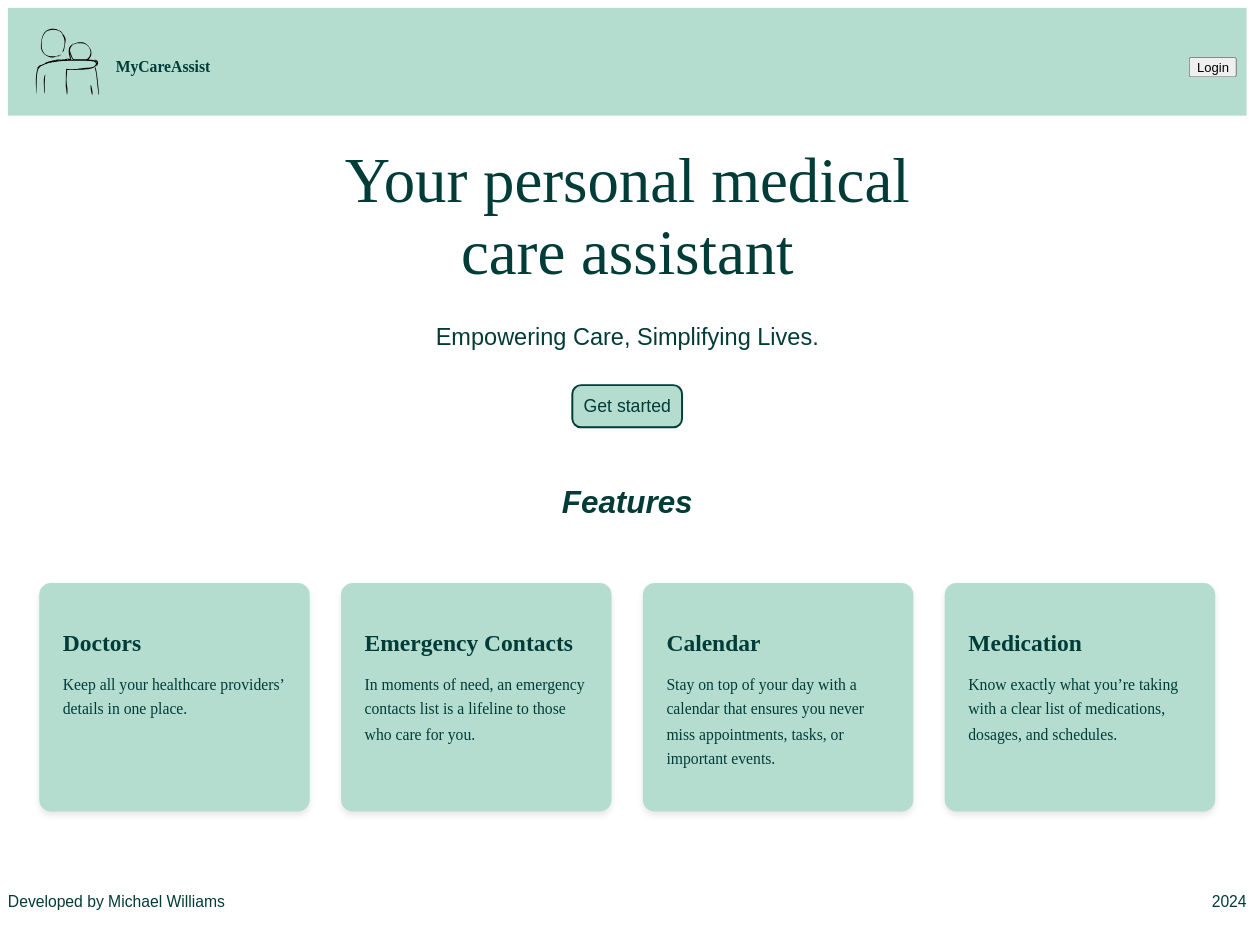
Repository: MWilliams-26/MyCareAssist-frontend
Page: /
An editor plug-in stored every save of this project. The page is shown before and after a run of saves, followed by the edit.
The browser window is 1280 px wide. The pictures show the whole page, at 98% of full size.
The project was rebuilt for these pictures with package versions that can differ from the ones it lists, and the page was loaded fresh each time. Also part of the build but not shown: vite.config.js, src/components/App/App.css, src/components/ProtectedRoute/ProtectedRoute.jsx, src/hooks/useForm.js, src/components/SetupProfileModal/SetupProfileModal.jsx, src/components/DoctorsModal/DoctorsModal.jsx, src/components/EmergencyContactsModal/EmergencyContacts.jsx, src/components/CreateEventFormModal/CreateEventFormModal.css and 5 more.

Above is the page before, as saved 2024-12-09 00:56:39.

### index.html
<!doctype html>
<html lang="en">
  <head>
    <meta charset="UTF-8" />
    <link rel="icon" type="image/svg+xml" href="/vite.svg" />
    <meta name="viewport" content="width=device-width, initial-scale=1.0" />
    <title>My Care Assist</title>
  </head>
  <body>
    <div id="root"></div>
    <script type="module" src="/src/main.jsx"></script>
  </body>
</html>

### src/main.jsx
import React from 'react';
import ReactDOM from 'react-dom/client';
import App from "./components/App/App";
import { BrowserRouter } from 'react-router-dom';
import './index.css';

ReactDOM.createRoot(document.getElementById('root')).render(
  <React.StrictMode>
    <BrowserRouter>
      <App />
    </BrowserRouter>
  </React.StrictMode>,
);

### src/index.css
@import url(./vendor/fonts.css);

### src/components/Header/Header.jsx
import Shoulder from '../../assets/Shoulder.svg'
import './Header.css';

function Header({ handleLoginClick, isLoggedIn, handleLogout }) {
  console.log('Header isLoggedIn:', isLoggedIn);

  return (
    <header className="header">
      <div className="header__logo-container">
        <img className="header__logo" src={Shoulder} alt="MyCareShoulder" />
        <h1 className="header__title">
          MyCareAssist
        </h1>
      </div>

      {!isLoggedIn ? (
        <button
          type="button"
          onClick={handleLoginClick}
          className="header__button"
        >
          Login
        </button>
      ) : (
        <button
          type="button"
          onClick={handleLogout}
          className="header__button"
        >
          Logout
        </button>
      )}


      {/* <div className="header__auth-container">
        <button className="header__login-btn" onClick={handleLoginClick}>
          {isLoggedIn ? "Logout" : "Login"}
        </button>
      </div> */}
    </header>
  );
};

export default Header;

### src/components/Main/Main.jsx
import './Main.css';

function Main({ handleRegistrationClick }) {
  return (
    <main>
      <section className="welcome__section">
        <div className="welcome__title-container">
          <h1 className="welcome__title">Your personal medical<br />care assistant</h1>
          <p className="welcome__text">
            Empowering Care, Simplifying Lives.
          </p>
          <div className="welcome__button-container">
            <button className="welcome__button" onClick={handleRegistrationClick}>Get started</button>
          </div>
        </div>
      </section>
      <section className="welcome__features">
        <h2 className="welcome__features-title">Features</h2>
        <div className="welcome__features-container">
          <div className="welcome__features-doctor">
            <h3 className="welcome__features-sub">Doctors</h3>
            <p className="welcome__features-text">
              Keep all your healthcare providers’ details in one place.
            </p>
          </div>
          <div className="welcome__features-emergency">
            <h3 className="welcome__features-sub">Emergency Contacts</h3>
            <p className="welcome__features-text">
              In moments of need, an emergency contacts list is a lifeline to those who care for you.
            </p>
          </div>
          <div className="welcome__features-calendar">
            <h3 className="welcome__features-sub">Calendar</h3>
            <p className="welcome__features-text">
              Stay on top of your day with a calendar that ensures you never miss appointments, tasks, or important events.
            </p>
          </div>
          <div className="welcome__features-medication">
            <h3 className="welcome__features-sub">Medication</h3>
            <p className="welcome__features-text">
              Know exactly what you’re taking with a clear list of medications, dosages, and schedules.
            </p>
          </div>
        </div>
      </section>
    </main>
  )
}

export default Main;

### src/components/Footer/Footer.jsx
import "./Footer.css"

function Footer() {
  return (
    <footer className="footer">
      <div>Developed by Michael Williams</div>
      <div>2024</div>
    </footer>
  )
}

export default Footer;

### src/components/RegisterModal/RegisterModal.jsx
import React, { useState, useEffect } from 'react';
import ModalWithForm from '../ModalWithForm/ModalWithForm';

const RegisterModal = ({ isOpen, handleRegistration, handleTextButton, onClose }) => {
  const [data, setData] = useState({
    email: "",
    password: "",
    name: "",
  });

  const isFormValid = () => {
    return data.email && data.password && data.name;
  };

  const handleChange = (e) => {
    const { name, value } = e.target;
    setData((prevData) => ({
      ...prevData,
      [name]: value,
    }));
  };

  const handleSubmit = (e) => {
    e.preventDefault();
    if (!isFormValid()) {
      return;
    }
    handleRegistration(data);
  };

  useEffect(() => {
    setData({
      email: "",
      password: "",
      name: "",
    });
  }, [isOpen]);

  return (
    <ModalWithForm
      title="Sign Up"
      buttonText="Sign Up"
      redirectText="Sign In"
      handleTextButton={handleTextButton}
      isOpen={isOpen}
      onClose={onClose}
      onSubmit={handleSubmit}
    >
      <label className="modal__label">
        Email{""}
        <input
          type="email"
          className="modal__input"
          id="email"
          name="email"
          placeholder="Email"
          value={data.email}
          onChange={handleChange}
          required

        />
      </label>
      <label className="modal__label">
        Password{""}
        <input
          type="password"
          className="modal__input"
          id="password"
          name="password"
          placeholder="Password"
          value={data.password}
          onChange={handleChange}
          required

        />
      </label>
      <label className="modal__label">
        Name{""}
        <input
          type="text"
          className="modal__input"
          id="name"
          name="name"
          placeholder="Name"
          value={data.name}
          onChange={handleChange}
          required

        />
      </label>
    </ModalWithForm>
  )

};

export default RegisterModal;

### src/components/LoginModal/LoginModal.jsx
import React, { useState, useEffect } from 'react';
import ModalWithForm from '../ModalWithForm/ModalWithForm';

const LoginModal = ({ isOpen, handleLogin, handleTextButton, onClose }) => {
  const [data, setData] = useState({
    email: "",
    password: "",
  });

  const isFormValid = () => {
    return data.email && data.password;
  };

  const handleChange = (e) => {
    const { name, value } = e.target;
    setData((prevData) => ({
      ...prevData,
      [name]: value,
    }));
  };

  const handleSubmit = (e) => {
    e.preventDefault();
    if (!isFormValid()) {
      return;
    }
    handleLogin(data);
  };

  useEffect(() => {
    setData({
      email: "",
      password: "",
    });
  }, [isOpen]);

  return (
    <ModalWithForm
      title="Sign In"
      buttonText="Sign In"
      redirectText="Sign Up"
      handleTextButton={handleTextButton}
      isOpen={isOpen}
      onClose={onClose}
      onSubmit={handleSubmit}
    >
      <label className="modal__label">
        Email{""}
        <input
          type="email"
          className="modal__input"
          id="email"
          name="email"
          placeholder="Email"
          value={data.email}
          onChange={handleChange}
          required
        />
      </label>
      <label className="modal__label">
        Password{""}
        <input
          type="password"
          className="modal__input"
          id="password"
          name="password"
          placeholder="Password"
          value={data.password}
          onChange={handleChange}
          required
        />
      </label>
    </ModalWithForm>
  );
};

export default LoginModal;

### src/vendor/fonts.css
@font-face {
  font-family: 'Goblin One Regular';
  font-style: normal;
  font-weight: normal;
  src: url('Goblin One Regular'), url('GoblinOne.woff') format('woff');
  }

  @font-face {
    font-family: "Be Vietnam Pro", sans-serif;
    font-weight: 100;
    font-style: normal;
    src: url('./fonts/BeVietnamPro-Thin.ttf');
  }

  @font-face {
    font-family: "Be Vietnam Pro", sans-serif;
    font-weight: 200;
    font-style: normal;
    src: url('./fonts/BeVietnamPro-ExtraLight.ttf');
  }

  @font-face {
    font-family: "Be Vietnam Pro", sans-serif;
    font-weight: 300;
    font-style: normal;
    src: url('./fonts/BeVietnamPro-Light.ttf');
  }

  @font-face {
    font-family: "Be Vietnam Pro", sans-serif;
    font-weight: 400;
    font-style: normal;
    src: url('./fonts/BeVietnamPro-Regular.ttf');
  }

  @font-face {
    font-family: "Be Vietnam Pro", sans-serif;
    font-weight: 700;
    font-style: normal;
    src: url('./fonts/BeVietnamPro-Bold.ttf')
  }

  @font-face {
    font-family: "Be Vietnam Pro", sans-serif;
    font-weight: 200;
    font-style: italic;
    src: url('./fonts/BeVietnamPro-ExtraLightItalic.ttf');
  }

  @font-face {
    font-family: "Be Vietnam Pro", sans-serif;
    font-weight: 300;
    font-style: italic;
    src: url('./fonts/BeVietnamPro-LightItalic.ttf');
  }

  @font-face {
    font-family: "Be Vietnam Pro", sans-serif;
    font-weight: 400;
    font-style: italic;
    src: url('./fonts/')
  }

  @font-face {
    font-family: "Be Vietnam Pro", sans-serif;
    font-weight: 900;
    font-style: italic;
    src: url('./fonts/BeVietnamPro-BlackItalic.ttf');
  }

### src/components/Header/Header.css
.header {
  display: flex;
  align-items: center;
  justify-content: space-between;
  padding: 10px 10px 0 10px;
  font-weight: 400;
  background-color: #B4DDCF;
}

.header__logo-container {
  display: flex;
  align-items: center;
  justify-content: center;
}

.header__logo {
  margin: 0;
  padding: 0;
  cursor: pointer;
  font-family: "Goblin One", serif;
  font-size: 24px;
  color: #013C38;
  background-color: transparent;
  width: 100px;
  height: 100px;
}

/* .header__user-container {

} */


.header__title {
  font-family: "Goblin One", serif;
  color:#013C38;
  font-size: medium;
}

.header__login-btn {
  margin: 0;
  border: none;
  padding: 0 10px;
  cursor: pointer;
  font-family: "Goblin One", serif;
  font-size: medium;
  font-weight: 400;
  color: #013C38;
  background-color: transparent;
}

### src/components/Main/Main.css
.welcome__title-container {
  display: flex;
  flex-direction: column;
  align-items: center;
  justify-content: center;
  gap: 10px;
  margin-bottom: 20px;
}

.welcome__title {
  margin: 30px 0 0;
  text-align: center;
  font-family: "Goblin One", serif;
  color:#013C38;
  font-size: 64px;
  font-weight: 400;
}

.welcome__text {
  font-family: "Be Vietnam Pro", sans-serif;
  color:#013C38;
  font-size: 24px;
  font-weight: 400;
}

.welcome__button {
  margin-bottom: 30px;
  border: 2px solid #013C38;
  border-radius: 10px;
  padding: 10px;
  cursor: pointer;
  font-family: "Be Vietnam Pro", sans-serif;
  font-size: large;
  font-weight: 400;
  color: #013C38;
  background-color: #b4ddcf;
}

.welcome__button:hover {
  transform: translateY(-2px);
  box-shadow: 0 4px 8px rgba(0, 0, 0, 0.2);
  background-color: #5c8777; /* Darker shade for hover state */
  cursor: pointer;
}

.welcome__features-title {
  text-align: center;
  font-family: "Be Vietnam Pro", sans-serif;
  font-style:italic;
  color:#013C38;
  font-size: 34px;
  font-weight: 400px;
}

/* .welcome__features-container {
  display: flex;
  flex-direction: row;
  align-items: center;
  justify-content: center;
  gap: 10px;
}

.welcome__features-doctor {
  width: 250px;
  height: 100px;
  border: 1px solid #013C38;
  background-color: #B4DDCF;
}

.welcome__features-emergency {
  width: 250px;
  border: 1px solid #013C38;
  background-color: #B4DDCF;
}

.welcome__features-calendar {
  width: 250px;
  border: 1px solid #013C38;
  background-color: #B4DDCF;
}

.welcome__features-medication {
  width: 250px;
  border: 1px solid #013C38;
  background-color: #B4DDCF;
}

.welcome__features-sub {
  text-align:center;
  font-family: "Be Vietnam Pro", sans-serif;
  color:#013C38;
  font-size: 24px;
  font-weight: 400;
}

.welcome__features-text {
  text-align:center;
  font-family: "Be Vietnam Pro", sans-serif;
  color:#013C38;
  font-size: 16px;
  font-weight: 400;
} */

.welcome__features-container {
  display: grid;
  grid-template-columns: repeat(auto-fit, minmax(250px, 1fr));
  gap: 2rem;
  max-width: 1200px;
  margin: 0 auto;
  padding: 2rem;
}

.welcome__features-doctor,
.welcome__features-emergency,
.welcome__features-calendar,
.welcome__features-medication {
  background-color: #B4DDCF;
  border-radius: 12px;
  padding: 1.5rem;
  box-shadow: 0 4px 6px rgba(0, 0, 0, 0.1);
  transition: transform 0.2s ease;
}

.welcome__features-doctor:hover,
.welcome__features-emergency:hover,
.welcome__features-calendar:hover,
.welcome__features-medication:hover {
  transform: translateY(-5px);
}

.welcome__features-sub {
  color: #013C38;
  font-size: 1.5rem;
  margin-bottom: 1rem;
}

.welcome__features-text {
  color: #013C38;
  line-height: 1.6;
}

.welcome__features-title {
  text-align: center;
  margin-bottom: 2rem;
  color: #013C38;
  font-size: 2rem;
}

### src/components/Footer/Footer.css
.footer {
  width: 100%;
  height: 20px;
  display: flex;
  justify-content: space-between;
  padding: 50px 0 30px;
  font-family: "Be Vietnam Pro", sans-serif;
  font-size: 16px;
  font-weight: 500;
  line-height: 20px;
  color: #013C38;
}

### src/components/ModalWithForm/ModalWithForm.jsx
import './ModalWithForm.css'
import { useEffect } from 'react';
import close from '../../assets/Close.svg';


const ModalWithForm = ({ title, buttonText, redirectText, handleTextButton, children, onClose, isOpen, onSubmit }) => {
  useEffect(() => {
    if (!isOpen) return;
    const handleEscape = (e) => {
      if (e.key === "Escape") {
        onClose();
      }
    };
    document.addEventListener("keydown", handleEscape);
    return () => {
      document.removeEventListener("keydown", handleEscape);
    };
  }, [isOpen, onClose]);

  const handleOverlayClose = (e) => {
    if (e.target === e.currentTarget) {
      onClose();
    }
  };


  return (
    <div className={`modal ${isOpen && "modal_opened"}`} onClick={handleOverlayClose}>
      <div className="modal__content">
        <h2 className="modal__title">{title}</h2>
        <button onClick={onClose} type="button" className="modal__close">
          <img src={close} alt="close" className="modal__close-btn" />
        </button>
        <form className="modal__form" onSubmit={onSubmit}>
          {children}
          <div className="modal__button_container">
            <button
              type="submit"
              className="modal__submit">
              {buttonText}
            </button>
            <button
              type="button"
              className="modal__text-button"
              onClick={handleTextButton}>
              {redirectText}
            </button>
          </div>
        </form>
      </div>
    </div>
  )
};

export default ModalWithForm;

### src/components/ModalWithForm/ModalWithForm.css
.modal {
  position: fixed;
  top: 0;
  bottom: 0;
  left: 0;
  right: 0;
  background-color: #0000004D;
  display: flex;
  justify-content: center;
  align-items: center;
  visibility: hidden;
}

.modal_opened {
  visibility: visible;
}
.modal__close {
  position: absolute;
  top: 20px;
  right: 28px;
  width: 20px;
  height: 20px;
  padding: 0;
  border: none;
  cursor: pointer;
}

.modal__title {
  margin: 0;
  margin-bottom: 24px;
  font-family: "Goblin One", serif;
}

.modal__content {
  background-color: #fff;
  border-radius: 20px;
  max-height: 610px;
  max-width: 496px;
  padding: 28px 28px 36px;
  position: fixed;
  /* width: 100%; */
}


.modal__form {
  display: flex;
  flex-direction: column;
  width: 100%;
  height: 100%;
  font-family: "Goblin One", serif;
}

.modal__label {
  width: 440px;
  font-family: "Goblin One", serif;
  font-size: 16px;
  font-style: normal;
  font-weight: 400;
  line-height: 20px;
  margin-bottom: 24px;
}

.modal__input {
  display: block;
  width: 440px;
  height: 24px;
  top: 293px;
  left: 500px;
  border: none;
  background: #FFFFFF;
  border-bottom: 1px solid #000000;
  padding: 8px 0 0;
}

.modal__legend {
  font-family: "Goblin One", serif;
  font-size: 16px;
  font-weight: 400;
  font-style: normal;
  line-height: 20px;
  letter-spacing: 0em;
  text-align: left;
  padding-bottom: 12px;
}

.modal__radio-buttons {
  border: none;
  padding: 0;
  margin: 0;
  display: flex;
  flex-direction: column;
}

.modal__button_container {
  display: flex;
  gap: 10px;
  align-items: baseline;
}

.modal__submit {
  border: none;
  width: 124px;
  height: 36px;
  border-radius: 4px;
  cursor: pointer;
  color: #ffffff;
  background-color: #000000;
  font-family: "Goblin One", serif;
}

.modal__submit:disabled {
  background-color: #0000004D;
}

.modal__submit:hover {
  opacity: 0.8;
}

.modal__text-button {
  border: none;
  background-color: #fff;
  color: #0000004D;
  cursor: pointer;
  font-family: "Goblin One", serif;
}

Loaded but not shown: src/utils/auth.js (42 lines, source omitted); src/components/App/App.jsx (124 lines, source omitted)

After the next 2 saves:
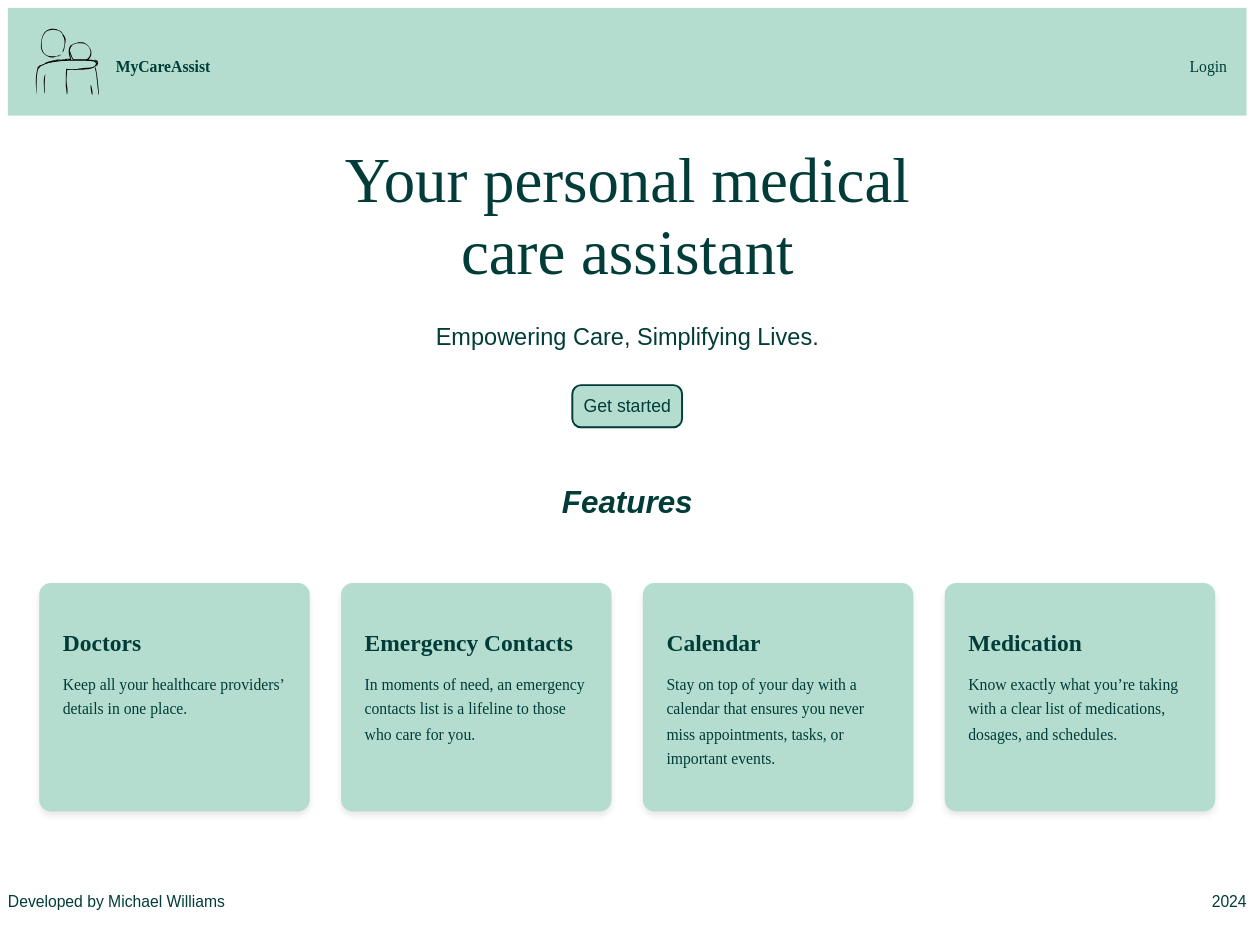
The 2 saves are shown as one change because they came seconds apart.
The last was saved 16 s later.
--- a/src/components/Header/Header.jsx
+++ b/src/components/Header/Header.jsx
@@ -17,7 +17,7 @@ function Header({ handleLoginClick, isLoggedIn, handleLogout }) {
         <button
           type="button"
           onClick={handleLoginClick}
-          className="header__button"
+          className="header__login-btn"
         >
           Login
         </button>

After the 4 saves that followed:
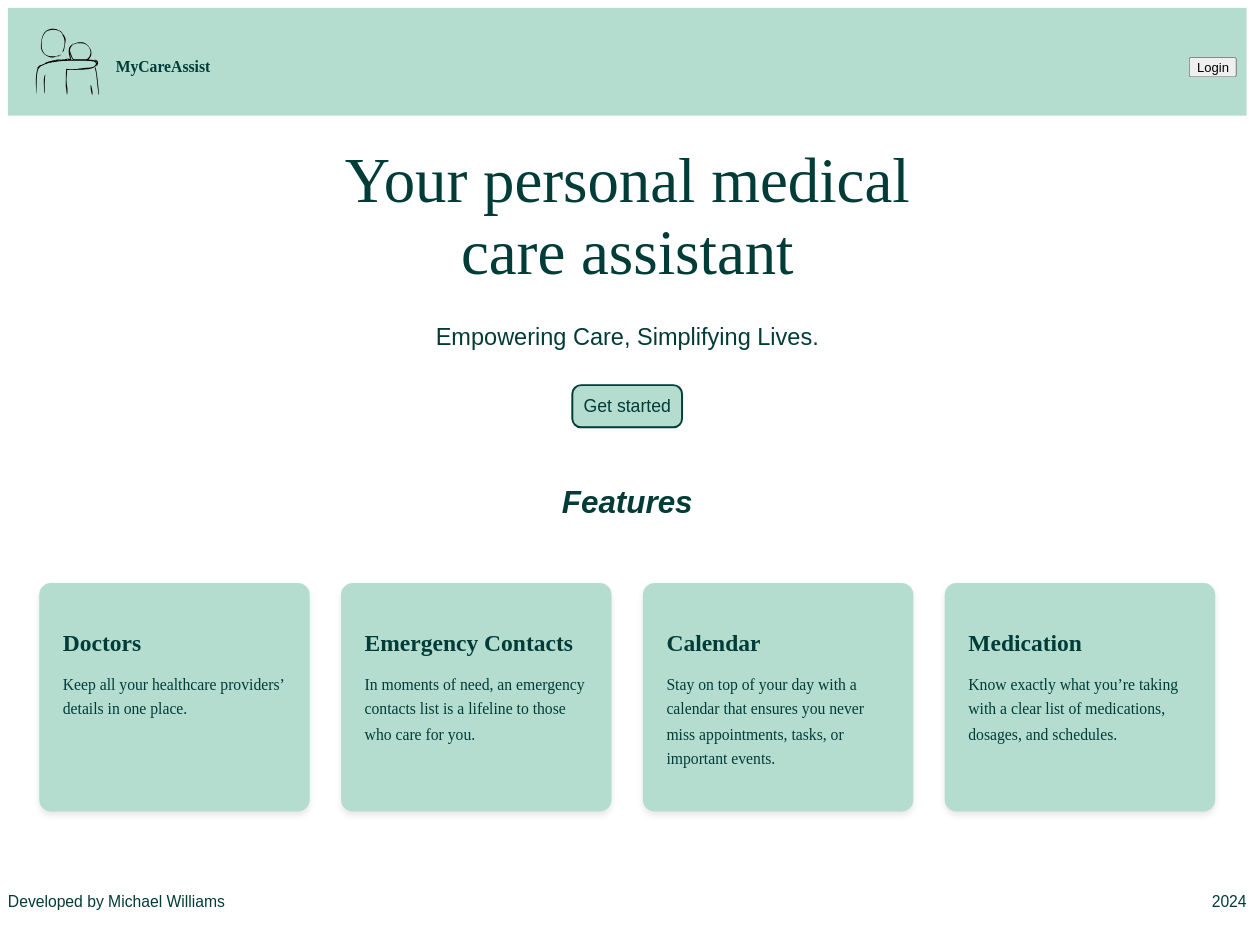
The 4 saves are shown as one change because 1 left the picture as it was and some came seconds apart.
The last was saved 30 s later.
--- a/src/components/Header/Header.jsx
+++ b/src/components/Header/Header.jsx
@@ -25,7 +25,7 @@ function Header({ handleLoginClick, isLoggedIn, handleLogout }) {
         <button
           type="button"
           onClick={handleLogout}
-          className="header__button"
+          className="header__logout-btn"
         >
           Logout
         </button>
--- a/src/components/Header/Header.css
+++ b/src/components/Header/Header.css
@@ -36,7 +36,8 @@
   font-size: medium;
 }
 
-.header__login-btn {
+.header__login-btn
+. {
   margin: 0;
   border: none;
   padding: 0 10px;
